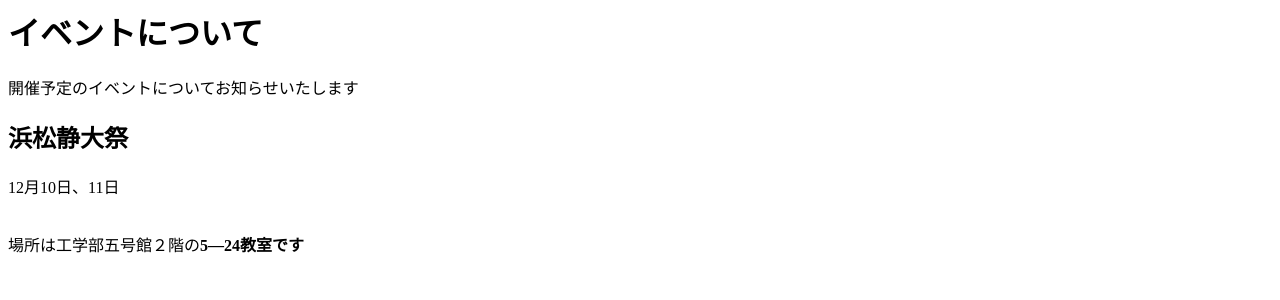
Repository: ghevp/LEGO-club
Page: http://localhost/page/event.php
These files come from the project's save history. The page is drawn as it stood at one moment and after a run of saves; the edit follows.
The browser window is 1280 px wide. The pictures show the whole page.
The page is run by PHP 8.4 with error messages shown; the project is at /var/www/html/.

Above is the page before, as saved 2022-11-27 00:43:49.

### page/event.php
<main class="main">

    <h1>イベントについて</h1>
    <p>開催予定のイベントについてお知らせいたします</p>
    <h2>浜松静大祭</h2>
    <p class="date">12月10日、11日  </p>
    <p><br>
    場所は工学部五号館２階の<b>5―24教室です</b>
    </p>
</main>

After the next 5 saves:
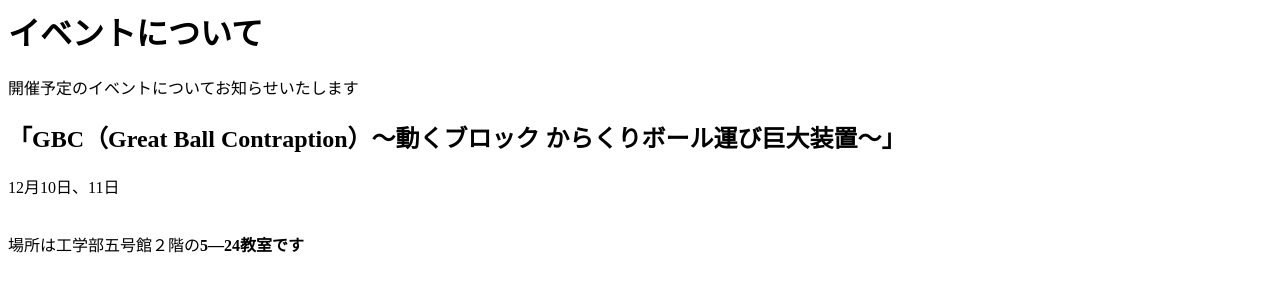
The 5 saves are shown as one change because they came seconds apart.
The last was saved 24 s later.
--- a/page/event.php
+++ b/page/event.php
@@ -2,7 +2,7 @@
 
     <h1>イベントについて</h1>
     <p>開催予定のイベントについてお知らせいたします</p>
-    <h2>浜松静大祭</h2>
+    <h2>「GBC（Great Ball Contraption）〜動くブロック からくりボール運び巨大装置〜」</h2>
     <p class="date">12月10日、11日  </p>
     <p><br>
     場所は工学部五号館２階の<b>5―24教室です</b>
